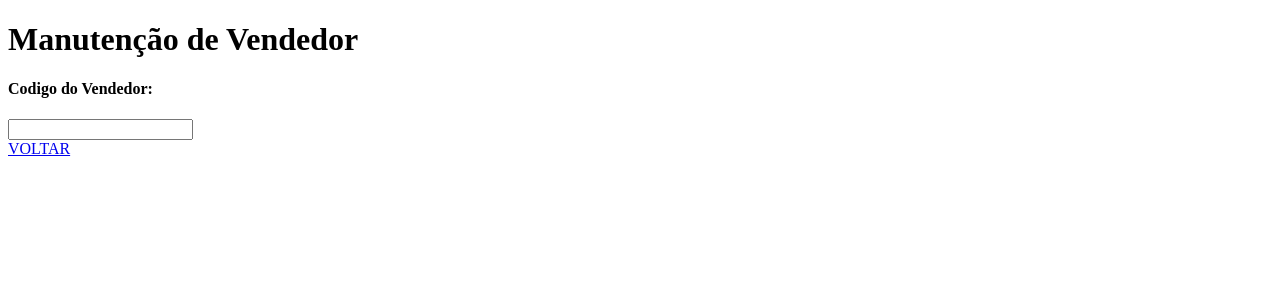
Repository: gabriellacrystina/workspaceWeb
Page: http://localhost/PrjVendas/ManutencaoVendedor.jsp
These files come from the project's save history. The page is drawn as it stood at one moment and after the next save; the edit follows.
The browser window is 1280 px wide. The pictures show the whole page.
The page is served by Tomcat 9. Other server files are loaded and not shown.

Above is the page before, as saved 2015-09-15 00:10:08.

### PrjVendas/WebContent/ManutencaoVendedor.jsp
<%@ page language="java" contentType="text/html; charset=ISO-8859-1"
    pageEncoding="ISO-8859-1"%>
<!DOCTYPE html PUBLIC "-//W3C//DTD HTML 4.01 Transitional//EN" "http://www.w3.org/TR/html4/loose.dtd">
<html>
	<head>
	<meta http-equiv="Content-Type" content="text/html; charset=ISO-8859-1">
	<title>Manutencao de Vendedor</title>
	</head>
	<body>
		<form action="ManutencaoVendedor" method="post">
			<h1>Manutenção de Vendedor</h1>
				<h4>Codigo do Vendedor: </h4><input type="text" name="codigo"><br>



		<a href="Menu.jsp">VOLTAR</a><br>
		</form>
	</body>
</html>

After the next save:
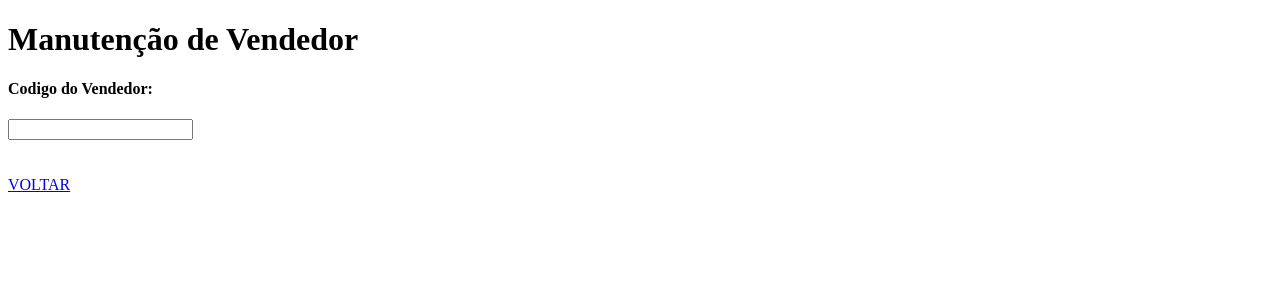
Saved 45 s later.
--- a/PrjVendas/WebContent/ManutencaoVendedor.jsp
+++ b/PrjVendas/WebContent/ManutencaoVendedor.jsp
@@ -13,7 +13,7 @@
 
 
 
-		<a href="Menu.jsp">VOLTAR</a><br>
+		<br><br><a href="Menu.jsp">VOLTAR</a><br>
 		</form>
 	</body>
 </html>
